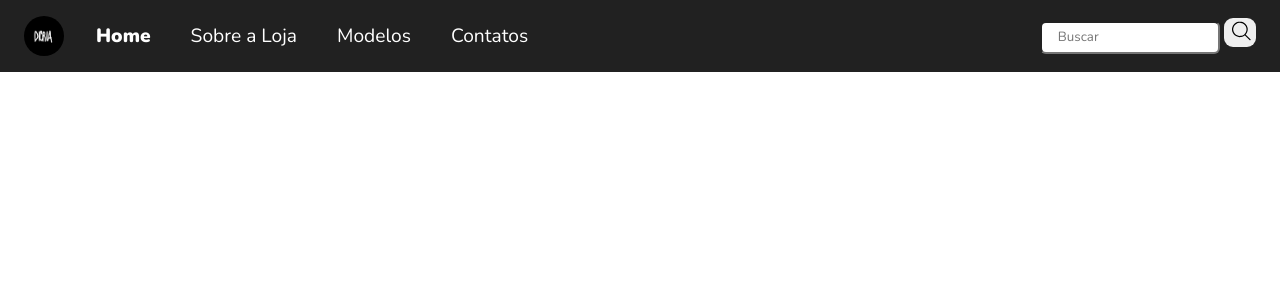
Repository: analessp/dicriastreet
Page: index.html
These files come from the project's save history. The page is drawn as it stood at one moment and after a run of saves; the edit follows.
The browser window is 1280 px wide. The pictures show the whole page.

Above is the page before, as saved 2025-04-17 12:42:23.

### index.html
<!DOCTYPE html>
<html lang="pt-BR">

<head>
    <meta charset="UTF-8">
    <meta name="viewport" content="width=device-width, initial-scale=1.0">
    <title>dicriastreet</title>
    <link rel="preconnect" href="https://fonts.googleapis.com">
    <link rel="preconnect" href="https://fonts.gstatic.com" crossorigin>
    <link
        href="https://fonts.googleapis.com/css2?family=Nunito:ital,wght@0,200..1000;1,200..1000&family=Outfit:wght@100..900&display=swap"
        rel="stylesheet">
    <link rel="stylesheet" href="style.css">
</head>

<body>
    <header>
        <nav id="header-nav">
            <img src="/assets/logo.png" alt="Logo dicriastreet" id="header-logo">
            <ul>
                <li>Home</li>
                <li>Sobre a Loja</li>
                <li>Modelos</li>
                <li>Contatos</li>
            </ul>
            </nav>
            <div id="header-search-bar">
                <input type="text" placeholder="Buscar">
                <button>
                    <img id="search-icon" src="/assets/search.svg" alt="Imagem de uma lupa">
            </div>
    </header>
    <main>

    </main>
    <footer>

    </footer>
</body>

</html>

### style.css
:root {
    --background-color: #000000;
    --font-color: #ffffff;
    --primary-color: #adaaaa;
    --secondary-color: #212121;
}

* {
    margin: 0;
    padding: 0;
    font-family: "Nunito", sans-serif;
}

body {
    height: 100vh;
}

header {
    display: flex;
    align-items: center;
    justify-content: space-between;
    height: 3.5rem;
    background-color: var(--secondary-color);
    color: var(--font-color);
    gap: 1.5rem;
    padding: 0.5rem 1.5rem;
}

#header-nav {
    display: flex;
    align-items: center;
    gap: 2rem;
}

#header-logo {
    width: 2.5rem;
    height: fit-content;
    border-radius: 100%;
}


#header-nav ul {
    display: flex;
    color: var(--var-secondary-color);
    font-size: 1.2rem;
    list-style: none;
    gap: 2.5rem;
}

#header-nav ul li:first-child {
    color: var(--font-color);
    font-weight: 900;
}

#header-seach-bar {
    display: flex;
    align-items: center;
    gap: 0.5rem;
    position: relative;
}

#header-search-bar input {
    border-radius: 6px;
    height: 1.8rem;
    width: 9rem;
    padding: 0 1rem;
}

#header-search-bar button {
    cursor: pointer;
    height: 1.8rem;
    width: 2rem;
    border-radius: 9px;
    padding: 0.2rem 0.5rem;
    border: none;
    right: 0.8rem;
    top: 0.1rem;

    &:active {
        transform: scale(0.9);
        background-color: var(--secondary-color);
    }
}

After the next 3 saves:
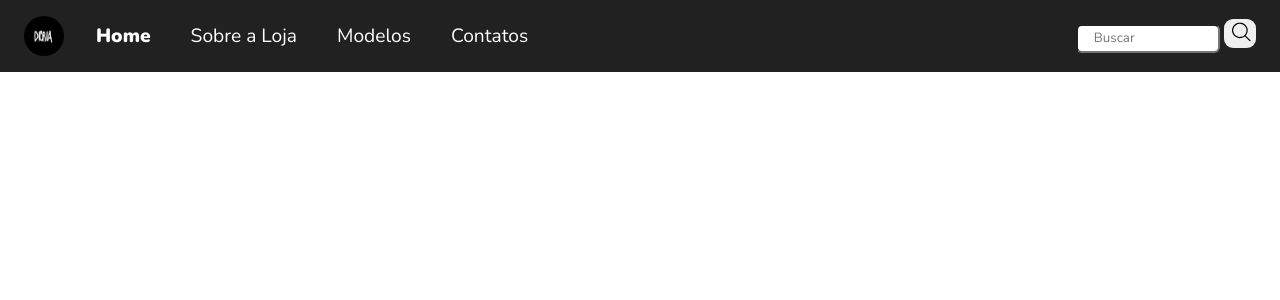
The 3 saves are shown as one change because they came seconds apart.
The last was saved 50 s later.
--- a/style.css
+++ b/style.css
@@ -64,6 +64,7 @@ header {
     height: 1.8rem;
     width: 9rem;
     padding: 0 1rem;
+    box-sizing: border-box;
 }
 
 #header-search-bar button {
